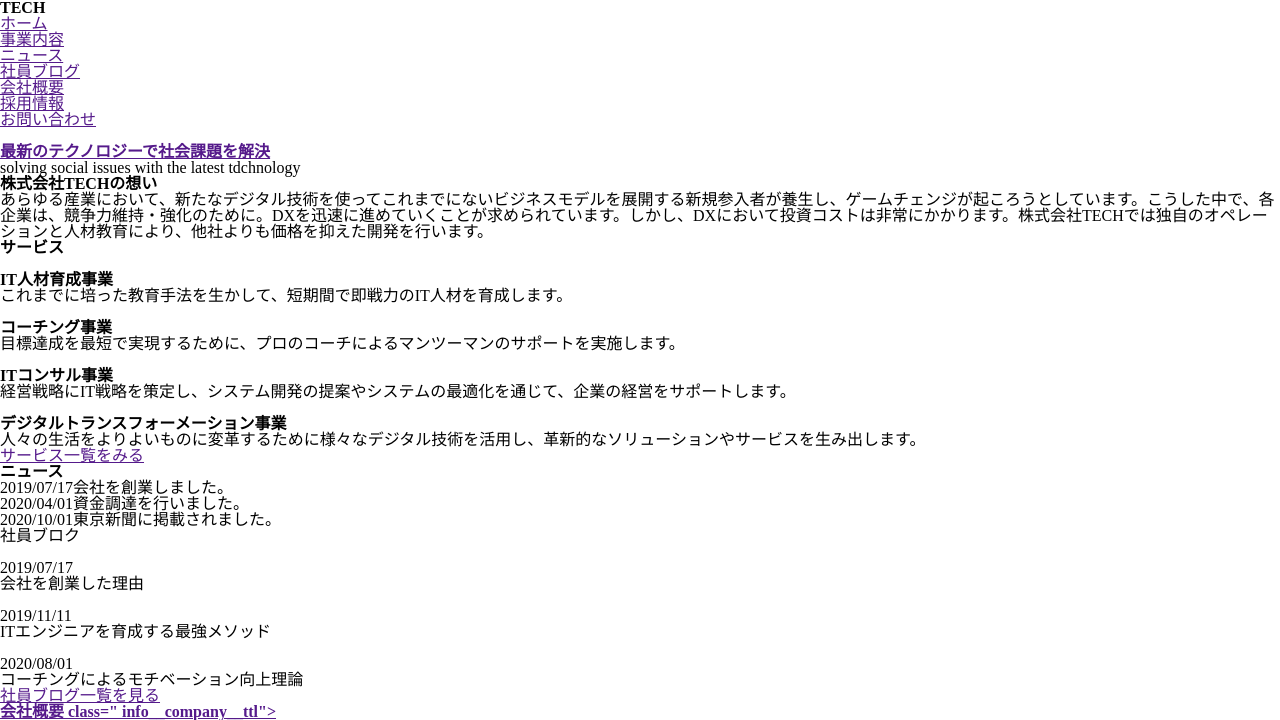
Repository: masanarimiura/20220516_miura
Page: index.html
An editor plug-in stored every save of this project. The page is shown before and after a run of saves, followed by the edit.
The browser window is 1280 px wide. The pictures show the whole page.

Above is the page before, as saved 2022-05-13 15:38:01.

### index.html
<!DOCTYPE html>
<html lang="ja">

<head>
  <meta charset="UTF-8">
  <meta http-equiv="X-UA-Compatible" content="IE=edge">
  <meta name="viewport" content="width=device-width, initial-scale=1.0">
  <title>Document</title>
  <link rel="stylesheet" href="css/reset.css">
  <link rel="stylesheet" href="css/index.css">
</head>

<body>

  <header class="header">
    <h2 class="header__ttl">TECH</h2>
    <nav class="header__nav">
      <ul>
        <li><a href="" class="header__nav__item1">ホーム</a></li>
        <li><a href="" class="header__nav__item2">事業内容</a></li>
        <li><a href="" class="header__nav__item3">ニュース</a></li>
        <li><a href="" class="header__nav__item4">社員ブログ</a></li>
        <li><a href="" class="header__nav__item5">会社概要</a></li>
        <li><a href="" class="header__nav__item6">採用情報</a></li>
        <li><a href="" class="header__nav__item7">お問い合わせ</a></li>
      </ul>
    </nav>
  </header>

  <div class="eyecatch">
    <img src="" alt="" class="eyecatch__img">
    <div class="eyecatch__content">
      <h2 class="eyecatch__content__ttl"><a href="" class="link">最新のテクノロジーで社会課題を解決</a></h2>
      <p class="eyecatch__content__ttl">solving social issues with the latest tdchnology</p>
    </div>
  </div>

  <div class="message">
    <h1 class="message__ttl">株式会社TECHの想い</h1>
    <p class="message__txt">
      あらゆる産業において、新たなデジタル技術を使ってこれまでにないビジネスモデルを展開する新規参入者が養生し、ゲームチェンジが起ころうとしています。こうした中で、各企業は、競争力維持・強化のために。DXを迅速に進めていくことが求められています。しかし、DXにおいて投資コストは非常にかかります。株式会社TECHでは独自のオペレーションと人材教育により、他社よりも価格を抑えた開発を行います。
    </p>
  </div>

  <div class="service">
    <h2 class="service__ttl">サービス</h2>
    <div class="service__inner">
      <div class="service__box1">
        <img src="" alt="" class="service__box__img">
        <h3 class="service__box__ttl">IT人材育成事業</h3>
        <p class="service__box__txt">これまでに培った教育手法を生かして、短期間で即戦力のIT人材を育成します。</p>
      </div>
      <div class="service__box2">
        <img src="" alt="" class="service__box__img">
        <h3 class="service__box__ttl">コーチング事業</h3>
        <p class="service__box__txt">目標達成を最短で実現するために、プロのコーチによるマンツーマンのサポートを実施します。</p>
      </div>
      <div class="service__box3">
        <img src="" alt="" class="service__box__img">
        <h3 class="service__box__ttl">ITコンサル事業</h3>
        <p class="service__box__txt">経営戦略にIT戦略を策定し、システム開発の提案やシステムの最適化を通じて、企業の経営をサポートします。</p>
      </div>
      <div class="service__box4">
        <img src="" alt="" class="service__box__img">
        <h3 class="service__box__ttl">デジタルトランスフォーメーション事業</h3>
        <p class="service__box__txt">人々の生活をよりよいものに変革するために様々なデジタル技術を活用し、革新的なソリューションやサービスを生み出します。</p>
      </div>
    </div>
    <div class="service__link"><a href="" class="">サービス一覧をみる</a></div>
  </div>

  <div class="news">
    <div class="news__ttl">
      <h2 class="news__ttl-txt">ニュース</h2>
      <div class="news__ttl-link"><a href=""></a></div>
    </div>
    <div class="news__content">
      <ul class="news__content-inner">
        <li class="news__content-tpic1">
          <p><a herf="">2019/07/17<span>会社を創業しました。</span></a></p>
        </li>
        <li class="news__content-tpic2">
          <p><a herf="">2020/04/01<span>資金調達を行いました。</span></a></p>
        </li>
        <li class="news__content-tpic3">
          <p><a herf="">2020/10/01<span>東京新聞に掲載されました。</span></a></p>
        </li>
      </ul>
    </div>
  </div>

  <div class="blog">
    <h class="blog__ttl">社員ブロク</h>
    <div class="blog__inner">
      <div class="blog__box1">
        <a href=""><img src="" alt="" class="blog__img"></a>
        <p class="blog__date">2019/07/17</p>
        <p class="blog__txt">会社を創業した理由</p>
      </div>
      <div class="blog__box2">
        <a href=""><img src="" alt="" class="blog__img"></a>
        <p class="blog__date">2019/11/11</p>
        <p class="blog__txt">ITエンジニアを育成する最強メソッド</p>
      </div>
      <div class="blog__box3">
        <a href=""><img src="" alt="" class="blog__img"></a>
        <p class="blog__date">2020/08/01</p>
        <p class="blog__txt">コーチングによるモチベーション向上理論</p>
      </div>
    </div>
    <div class="blog__link"><a href="">社員ブログ一覧を見る</a></div>
  </div>

  <div class="info">
    <a href="">
      <div class="info__company">
        <h2 class="info__company__ttl">会社概要 class=" info__company__ttl">
    </div>
  </a>
    <div class="info__recruit">
      <a href="">
        <h2 class="info__company__ttl"></h2>
      </a>
    </div>
  </div>



  <script src="js/main.js"></script>
</body>

</html>

### css/reset.css
/*
html5doctor.com Reset Stylesheet
v1.6.1
Last Updated: 2010-09-17
Author: Richard Clark - http://richclarkdesign.com
Twitter: @rich_clark
*/
html,
body,
div,
span,
object,
iframe,
h1,
h2,
h3,
h4,
h5,
h6,
p,
blockquote,
pre,
abbr,
address,
cite,
code,
del,
dfn,
em,
img,
ins,
kbd,
q,
samp,
small,
strong,
sub,
sup,
var,
b,
i,
dl,
dt,
dd,
ol,
ul,
li,
fieldset,
form,
label,
legend,
table,
caption,
tbody,
tfoot,
thead,
tr,
th,
td,
article,
aside,
canvas,
details,
figcaption,
figure,
footer,
header,
hgroup,
menu,
nav,
section,
summary,
time,
mark,
audio,
video {
  margin: 0;
  padding: 0;
  border: 0;
  outline: 0;
  font-size: 100%;
  vertical-align: baseline;
  background: transparent;
}

body {
  line-height: 1;
}

article,
aside,
details,
figcaption,
figure,
footer,
header,
hgroup,
menu,
nav,
section {
  display: block;
}

nav ul {
  list-style: none;
}

blockquote,
q {
  quotes: none;
}

blockquote:before,
blockquote:after,
q:before,
q:after {
  content: "";
  content: none;
}

a {
  margin: 0;
  padding: 0;
  font-size: 100%;
  vertical-align: baseline;
  background: transparent;
}

/* change colours to suit your needs */
ins {
  background-color: #ff9;
  color: #000;
  text-decoration: none;
}

/* change colours to suit your needs */
mark {
  background-color: #ff9;
  color: #000;
  font-style: italic;
  font-weight: bold;
}

del {
  text-decoration: line-through;
}

abbr[title],
dfn[title] {
  border-bottom: 1px dotted;
  cursor: help;
}

table {
  border-collapse: collapse;
  border-spacing: 0;
}

/* change border colour to suit your needs */
hr {
  display: block;
  height: 1px;
  border: 0;
  border-top: 1px solid #cccccc;
  margin: 1em 0;
  padding: 0;
}

input,
select {
  vertical-align: middle;
}

Loaded but not shown: css/index.css (no copy from this time; the picture is the same without it); js/main.js (no copy from this time; the picture is the same without it)

After the next 2 saves:
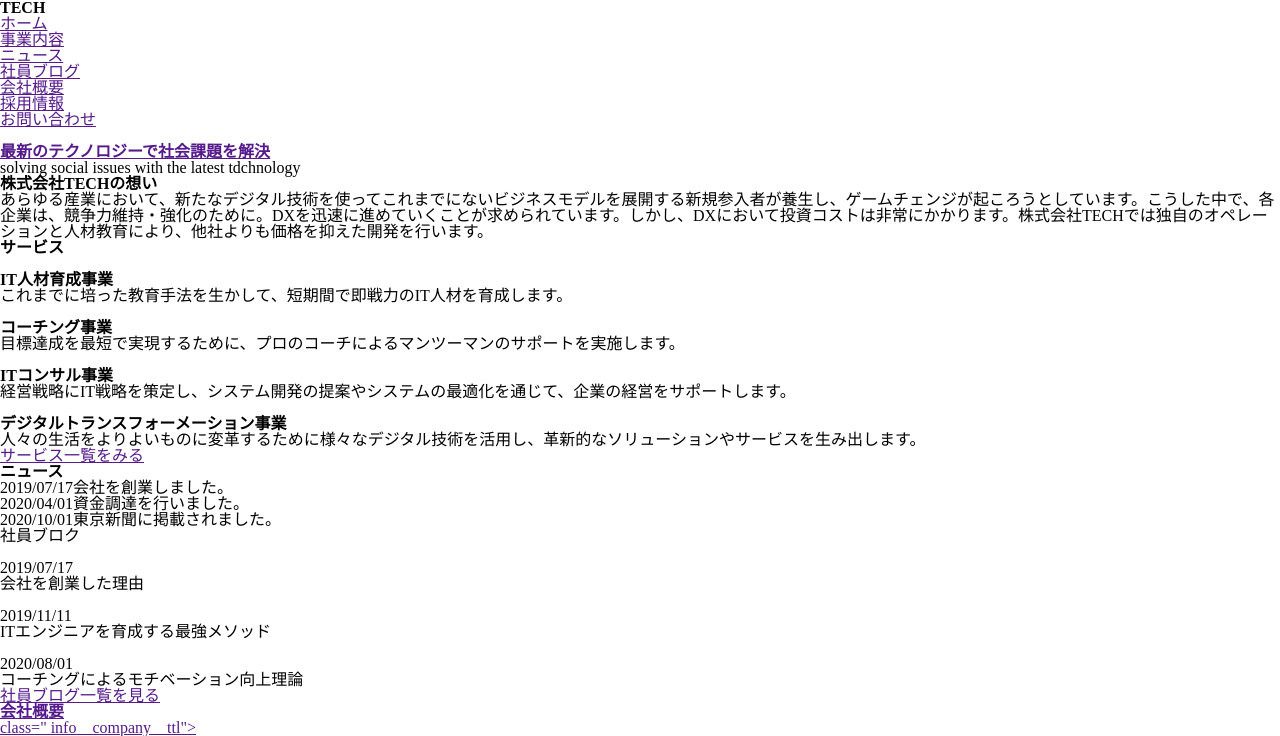
The 2 saves are shown as one change because they came seconds apart.
The last was saved 5 s later.
--- a/index.html
+++ b/index.html
@@ -114,7 +114,7 @@
   <div class="info">
     <a href="">
       <div class="info__company">
-        <h2 class="info__company__ttl">会社概要 class=" info__company__ttl">
+        <h2 class="info__company__ttl">会社概要</h2> class=" info__company__ttl">
     </div>
   </a>
     <div class="info__recruit">
